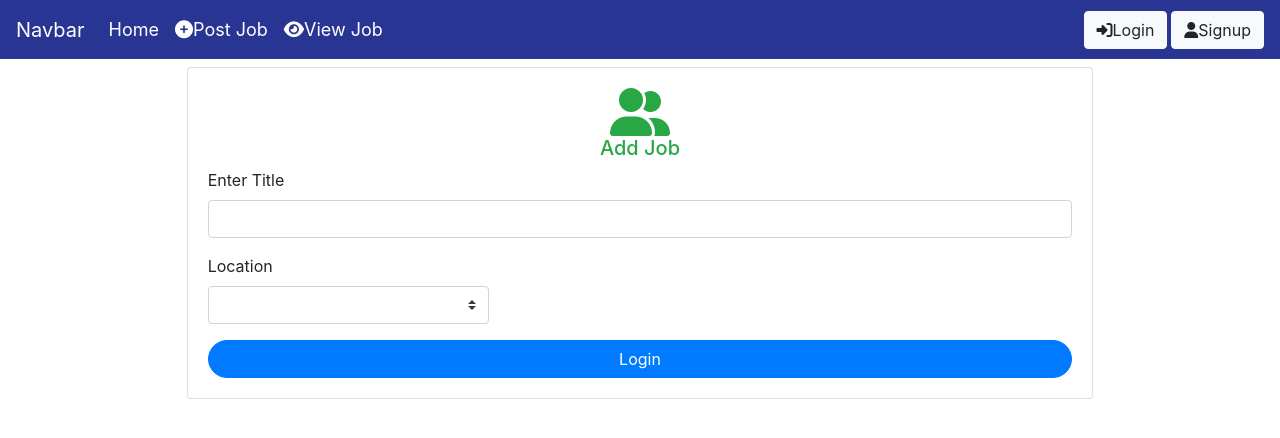
Repository: Pankaj08072001/Adv_Java
Page: http://localhost/06_Job_portal_Project/add_job.jsp
The author's editor kept a copy of each file at every save. The page is drawn from the files as they stood at one save, then again after the next save.
The browser window is 1280 px wide. The pictures show the whole page.
Some web libraries are served in a nearby version. The page is served by Tomcat 9. Other server files are loaded and not shown.

Above is the page before, as saved 2025-03-13 20:39:36.

### 06_Job_portal_Project/src/main/webapp/add_job.jsp
<%@ page language="java" contentType="text/html; charset=UTF-8"
	pageEncoding="UTF-8"%>
<!DOCTYPE html>
<html>
<head>
<meta charset="UTF-8">
<title>Add_Job</title>
<%@include file="All_component/All_css.jsp"%>
</head>
<body>
	<%@include file="All_component/Navbar.jsp"%>
	<div class="container p-2">
		<div class="col-md-10 offset-md-1">
			<div class="card">
				<div class="card-body">
					<div class="text-center text-success">
						<i class="fa fa-user-friends fa-3x" ></i>
						<h5>Add Job</h5>
					</div>
					<%--  <c:if test= "${not empty succMsg}">
						<div class="alert alert-success" role="alert">${succMsg} </div>
						<c:remove var="succMsg"/>
						</c:if>
						--%>

					<form action="addjob" method="post">
						<div class="form-group">
							<label>Enter Title</label><input type="text" required="required"
								class="form-control" name="title">
						</div>
						<div class="form-row">
							<div class="form-group col-md-4">
							<label>Location </label>
							<select name="Location" class="custom-select" >



							</select>
							</div>
						</div>
						<button class="btn btn-primary badge-pill btn-block" type="submit">Login</button>
					</form>

				</div>

			</div>
		</div>
	</div>
</body>
</html>

### 06_Job_portal_Project/src/main/webapp/All_component/All_css.jsp
<link rel="stylesheet"
	href="https://cdn.jsdelivr.net/npm/bootstrap@4.0.0/dist/css/bootstrap.min.css"
	integrity="sha384-Gn5384xqQ1aoWXA+058RXPxPg6fy4IWvTNh0E263XmFcJlSAwiGgFAW/dAiS6JXm"
	crossorigin="anonymous">


<script src="https://code.jquery.com/jquery-3.2.1.slim.min.js"
	integrity="sha384-KJ3o2DKtIkvYIK3UENzmM7KCkRr/rE9/Qpg6aAZGJwFDMVNA/GpGFF93hXpG5KkN"
	crossorigin="anonymous"></script>
<script
	src="https://cdn.jsdelivr.net/npm/popper.js@1.12.9/dist/umd/popper.min.js"
	integrity="sha384-ApNbgh9B+Y1QKtv3Rn7W3mgPxhU9K/ScQsAP7hUibX39j7fakFPskvXusvfa0b4Q"
	crossorigin="anonymous"></script>
<script
	src="https://cdn.jsdelivr.net/npm/bootstrap@4.0.0/dist/js/bootstrap.min.js"
	integrity="sha384-JZR6Spejh4U02d8jOt6vLEHfe/JQGiRRSQQxSfFWpi1MquVdAyjUar5+76PVCmYl"
	crossorigin="anonymous"></script>

<link rel="stylesheet"
	href="https://cdnjs.cloudflare.com/ajax/libs/font-awesome/6.7.2/css/all.min.css"
	integrity="sha512-Evv84Mr4kqVGRNSgIGL/F/aIDqQb7xQ2vcrdIwxfjThSH8CSR7PBEakCr51Ck+w+/U6swU2Im1vVX0SVk9ABhg=="
	crossorigin="anonymous" referrerpolicy="no-referrer" />

	<link rel="Stylesheet" href ="All_component/Style.css" >

### 06_Job_portal_Project/src/main/webapp/All_component/Navbar.jsp
<nav class="navbar navbar-expand-lg navbar-dark bg-custom">
	<a class="navbar-brand" href="#">Navbar</a>
	<button class="navbar-toggler" type="button" data-toggle="collapse"
		data-target="#navbarSupportedContent"
		aria-controls="navbarSupportedContent" aria-expanded="false"
		aria-label="Toggle navigation">
		<span class="navbar-toggler-icon"></span>
	</button>

	<div class="collapse navbar-collapse" id="navbarSupportedContent">
		<ul class="navbar-nav mr-auto">
			<li class="nav-item active"><a class="nav-link" href="#">Home
					<span class="sr-only">(current)</span>
			</a></li>
			<li class="nav-item"><a class="nav-link" href="#"><i class="fas fa-plus-circle"></i>Post Job</a></li>
			<li class="nav-item"><a class="nav-link" href="#"><i class="fas fa-eye"></i>View Job</a></li>

		</ul>
		<form class="form-inline my-2 my-lg-0">
			<a href="login.jsp" class="btn btn-light mr-1"> <i class="fas fa-sign-in-alt"></i>Login</a>
			<a href ="Signup.jsp" class="btn btn-light"><i class="fas fa-user"></i>Signup</a>
		</form>
	</div>
</nav>

### 06_Job_portal_Project/src/main/webapp/All_component/Style.css
body{
	padding : 0;
	margin:0;
}

.bg-custom{
	background : #283593 !important;

}
.navbar .nav-item .nav-link{
	font-size: 18px;
	color : white;
}
.navbar .nav-item:hover .nav-link{
	background : white ;
	color : black;
	border-radius: 10px;
}

After the next save:
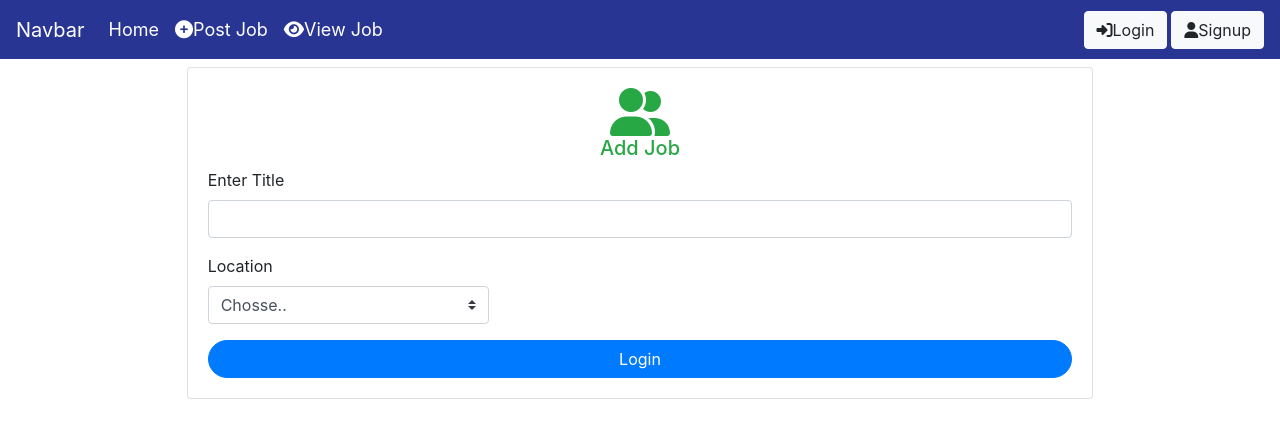
Saved 2 min 1 s later.
--- a/06_Job_portal_Project/src/main/webapp/add_job.jsp
+++ b/06_Job_portal_Project/src/main/webapp/add_job.jsp
@@ -31,8 +31,9 @@
 						<div class="form-row">
 							<div class="form-group col-md-4">
 							<label>Location </label>
-							<select name="Location" class="custom-select" >
-
+							<select name="Location" class="custom-select" id="inlineFormCustomSelectPref">
+							<option selected> Chosse..</option>
+							<option value=""></option>
 
 
 							</select>
